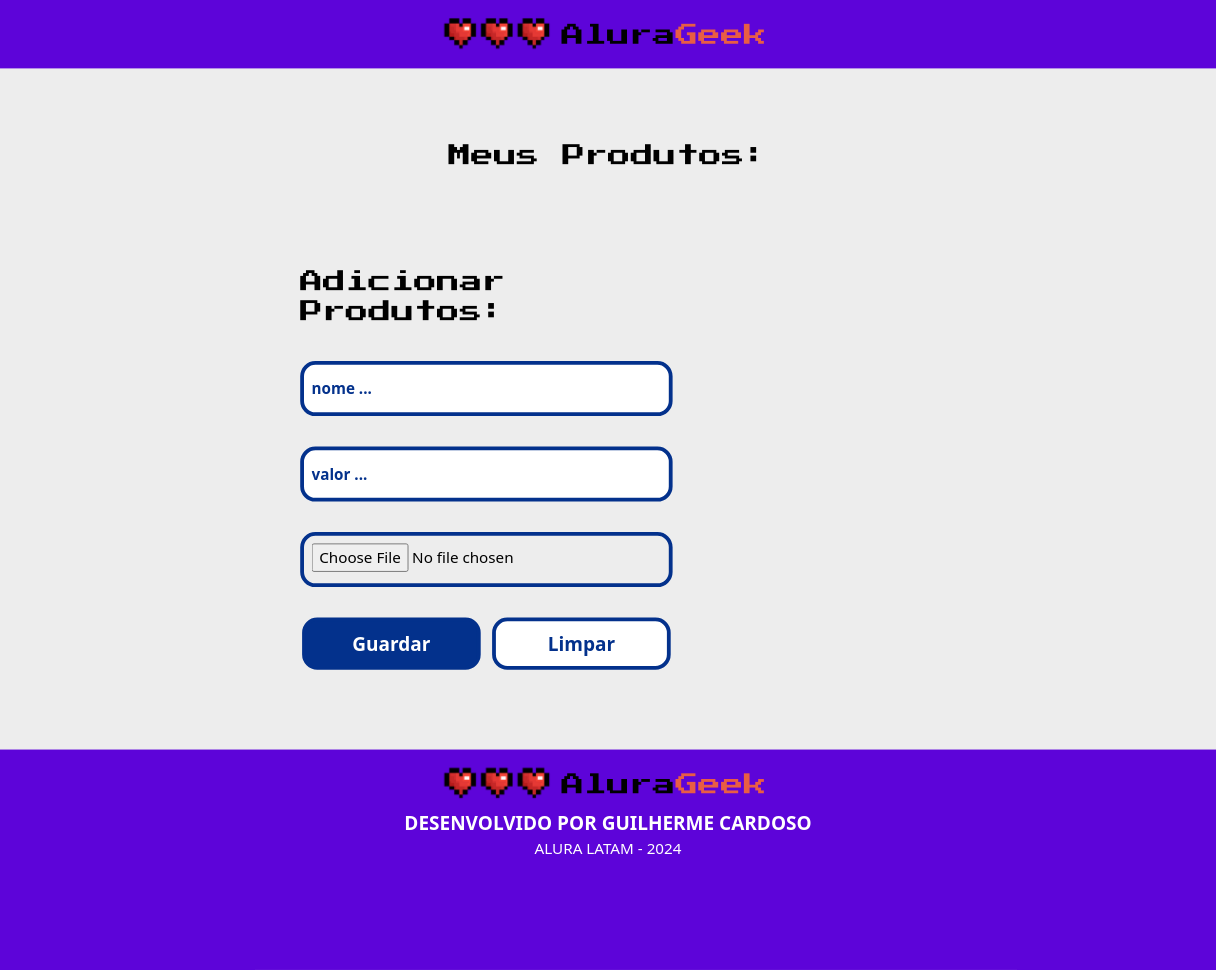
Repository: guilhermecardoso93/alura-geek
Page: /
The author's editor kept a copy of each file at every save. The page is drawn from the files as they stood at one save, then again after the next save.
The browser window is 1280 px wide. The pictures show the whole page, at 95% of full size.
The project was rebuilt for these pictures with package versions that can differ from the ones it lists, and the page was loaded fresh each time. Also part of the build but not shown: vite.config.js.

Above is the page before, as saved 2024-05-19 14:37:32.

After the next save:
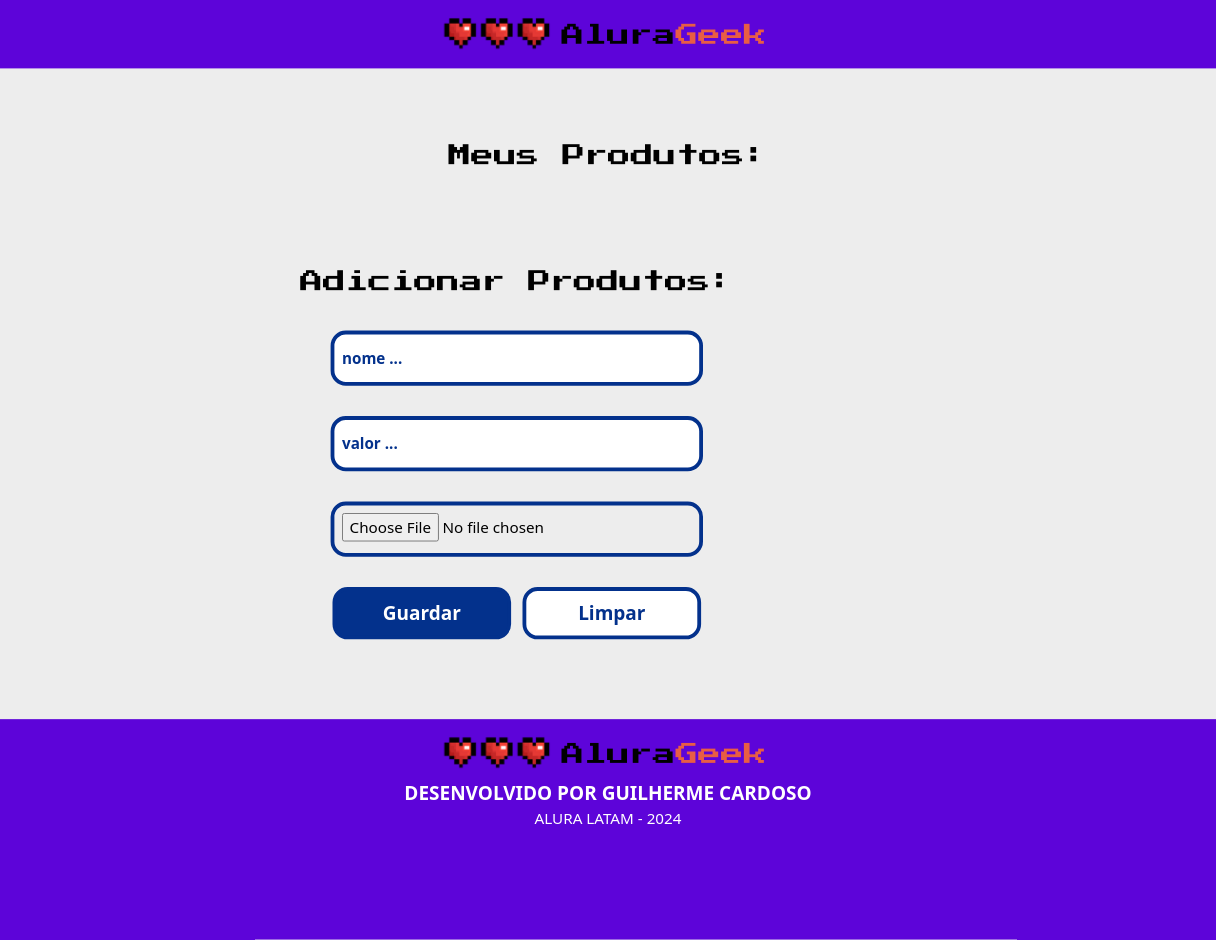
Saved 42 s later.
--- a/src/components/products.jsx
+++ b/src/components/products.jsx
@@ -31,7 +31,7 @@
       </h2>
       <div className="flex flex-row w-full  m-8 gap-32 p-8">
         <Form addProduto={addProduto} />
-        <div className="flex flex-wrap gap-2 justify-center md:w-1/4">
+        <div className="flex flex-wrap gap-2 justify-center">
           {produtos.map((produto, i) => {
             return (
               <div
